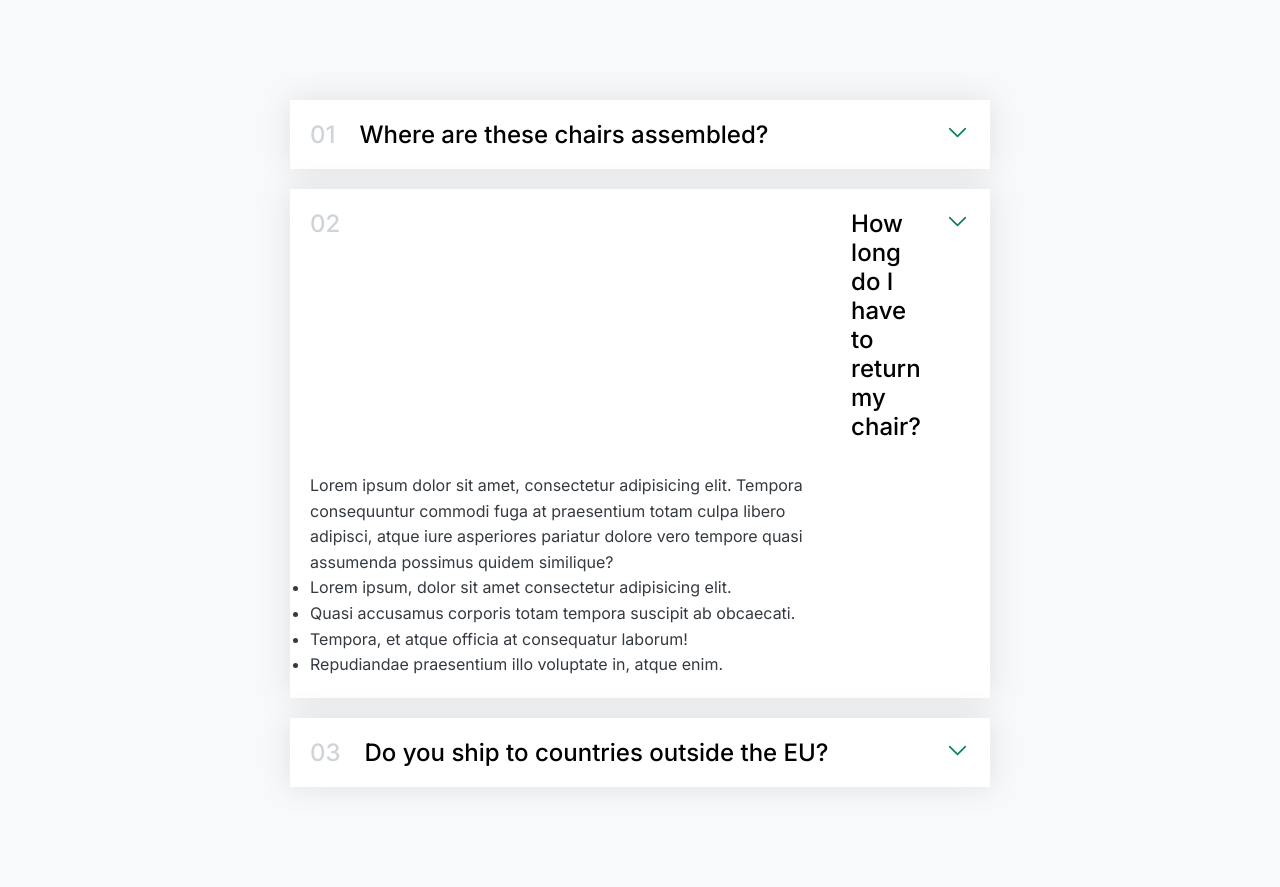
Repository: Ahmed123rezk123/06-Components
Page: accordion.html
These files come from the project's save history. The page is drawn as it stood at one moment and after the next save; the edit follows.
The browser window is 1280 px wide. The pictures show the whole page.

Above is the page before, as saved 2024-09-16 03:01:16.

After the next save:
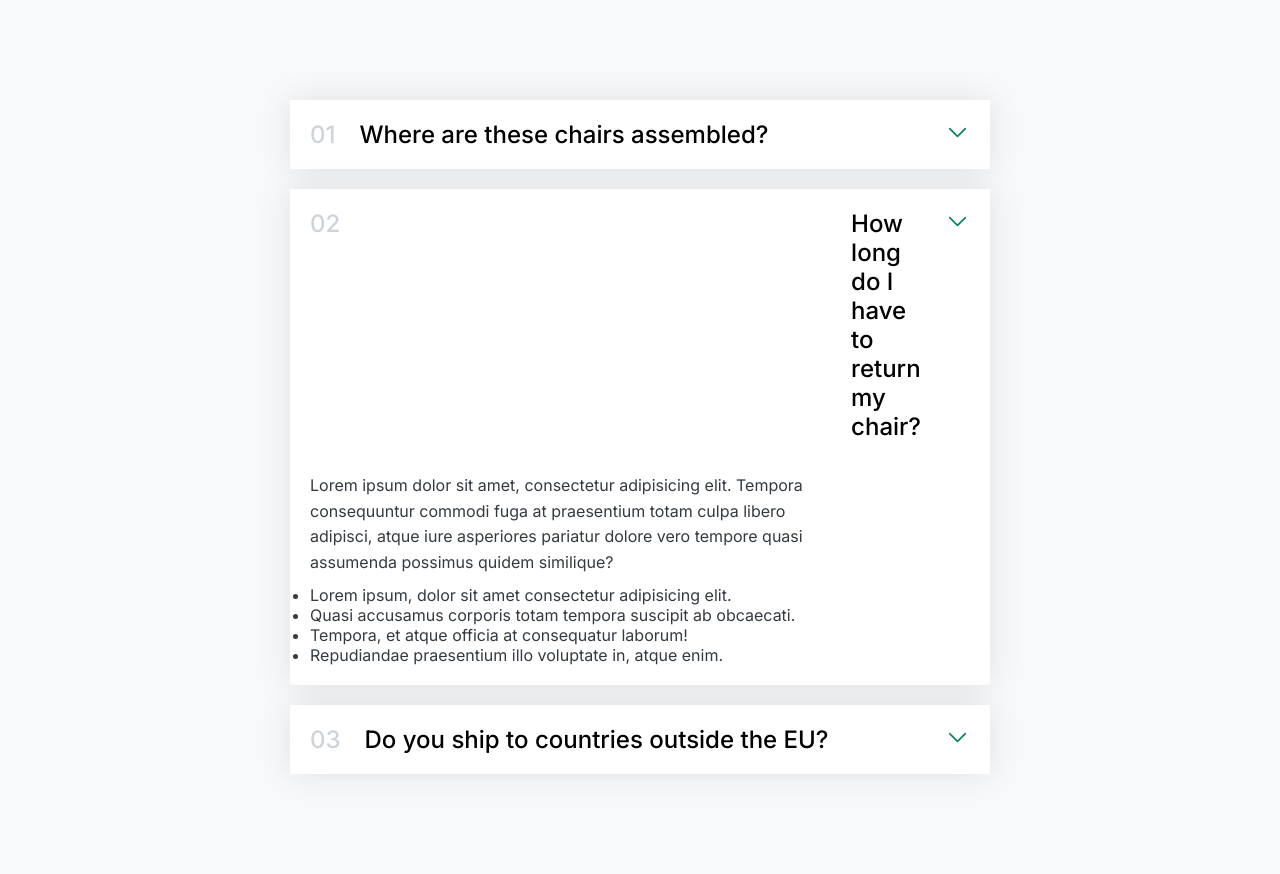
Saved 16 s later.
--- a/accordion.css
+++ b/accordion.css
@@ -39,6 +39,7 @@ body {
   width: 25px;
   color: #087f5b;
 }
-.hidden-box {
+.hidden-box p {
   line-height: 1.6;
+  margin-bottom: 10px;
 }
